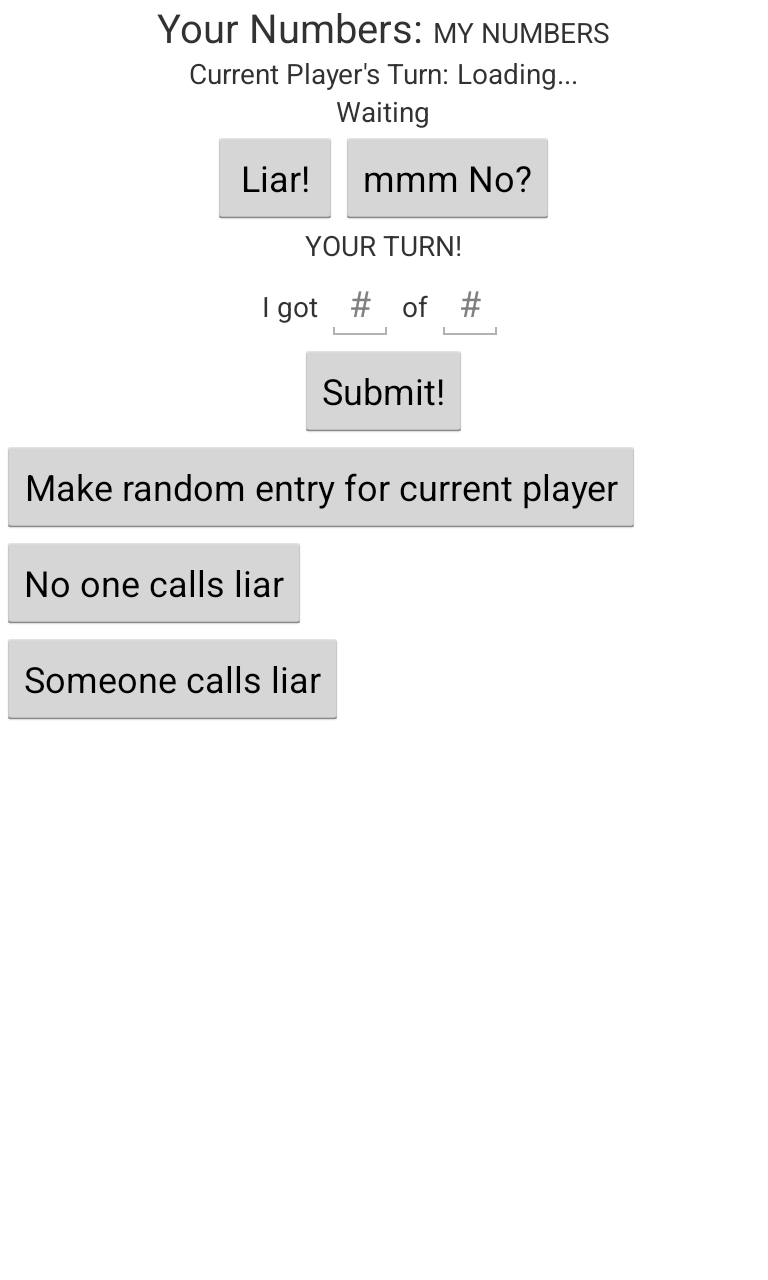
Repository: RayyLim/LiarPoker
Layout: LiarPoker/res/layout/gameroom_main.xml
An editor plug-in stored every save of this project. The layout is shown before and after the next save, followed by the edit.
It is drawn on a 768 x 1280 px phone screen (xhdpi) without system bars, with theme AppTheme; the app's code is not run.

Above is the layout before, as saved 2012-07-22 18:01:25.

### LiarPoker/res/layout/gameroom_main.xml
<?xml version="1.0" encoding="utf-8"?>
<LinearLayout xmlns:android="http://schemas.android.com/apk/res/android"
    android:layout_width="match_parent"
    android:layout_height="match_parent"
    android:orientation="vertical" >

    <LinearLayout
        android:layout_width="wrap_content"
        android:layout_height="wrap_content"
        android:layout_gravity="center_horizontal" >



        <TextView
            android:id="@+id/meLabel"
            android:layout_width="wrap_content"
            android:layout_height="wrap_content"
            android:text="Your Numbers: "
            android:textSize="20dp" />

        <TextView
            android:id="@+id/mynumbersLabel"
            android:layout_width="wrap_content"
            android:layout_height="wrap_content"
            android:text="MY NUMBERS" />
    </LinearLayout>

    <LinearLayout
        android:id="@+id/notMyTurnLayout"
        android:layout_width="wrap_content"
        android:layout_height="wrap_content"
        android:layout_gravity="center_horizontal"
        android:orientation="vertical" >

        <LinearLayout
            android:layout_width="wrap_content"
            android:layout_height="wrap_content"
            android:layout_gravity="center_horizontal" >

            <TextView
                android:layout_width="wrap_content"
                android:layout_height="wrap_content"
                android:text="Current Player&apos;s Turn: " />

            <TextView
                android:id="@+id/currentPlayerLabel"
                android:layout_width="wrap_content"
                android:layout_height="wrap_content"
                android:text="Loading..." />
        </LinearLayout>

        <TextView
            android:id="@+id/currentPlayerHasLabel"
            android:layout_width="wrap_content"
            android:layout_height="wrap_content"
            android:layout_gravity="center_horizontal"
            android:text="Waiting" />

        <LinearLayout
            android:layout_width="wrap_content"
            android:layout_height="wrap_content"
            android:layout_gravity="center_horizontal" >

            <Button
                android:id="@+id/liarButton"
                android:layout_width="wrap_content"
                android:layout_height="wrap_content"
                android:onClick="LiarButtonPressed"
                android:text="Liar!" />

            <Button
                android:id="@+id/notLiarButton"
                android:layout_width="wrap_content"
                android:layout_height="wrap_content"
                android:onClick="NotLiarButtonPressed"
                android:text="mmm No?" />
        </LinearLayout>
    </LinearLayout>

    <LinearLayout
        android:id="@+id/myTurnLayout"
        android:layout_width="wrap_content"
        android:layout_height="wrap_content"
        android:layout_gravity="center_horizontal"
        android:orientation="vertical" >

        <TextView
            android:layout_width="wrap_content"
            android:layout_height="wrap_content"
            android:layout_gravity="center_horizontal"
            android:text="YOUR TURN!" />

        <LinearLayout
            android:layout_width="wrap_content"
            android:layout_height="wrap_content"
            android:layout_gravity="center_horizontal"
            android:orientation="horizontal" >

            <TextView
                android:layout_width="wrap_content"
                android:layout_height="wrap_content"
                android:text="I got " />

            <EditText
                android:id="@+id/igotamount"
                android:layout_width="wrap_content"
                android:layout_height="wrap_content"
                android:layout_weight="1"
                android:hint="#"
                android:inputType="numberDecimal"
                android:maxLength="1" />

            <TextView
                android:layout_width="wrap_content"
                android:layout_height="wrap_content"
                android:text=" of " />

            <EditText
                android:id="@+id/igotnumber"
                android:layout_width="wrap_content"
                android:layout_height="wrap_content"
                android:layout_weight="1"
                android:hint="#"
                android:inputType="numberDecimal"
                android:maxLength="1" />
        </LinearLayout>

        <Button
            android:id="@+id/submitButton"
            android:layout_width="wrap_content"
            android:layout_height="wrap_content"
            android:layout_gravity="center_horizontal"
            android:onClick="submit"
            android:text="Submit!" />
    </LinearLayout>

    <Button
        android:id="@+id/testRandomEntryForPlayer"
        android:layout_width="wrap_content"
        android:layout_height="wrap_content"
        android:onClick="fakeRandomCurrentPlayerHas"
        android:text="Make random entry for current player" />

    <Button
        android:id="@+id/fakeNoOneCallsLiar"
        android:layout_width="wrap_content"
        android:layout_height="wrap_content"
        android:onClick="fakeNoOneCallsLiar"
        android:text="No one calls liar" />

    <Button
        android:id="@+id/fakeSomeoneCallsLiar"
        android:layout_width="wrap_content"
        android:layout_height="wrap_content"
        android:onClick="fakeSomeoneCallsLiar"
        android:text="Someone calls liar" />

</LinearLayout>

Loaded but not shown: LiarPoker/res/values-v11/styles.xml (common file); LiarPoker/res/values-v14/styles.xml (common file); LiarPoker/res/values/styles.xml (common file)

After the next save:
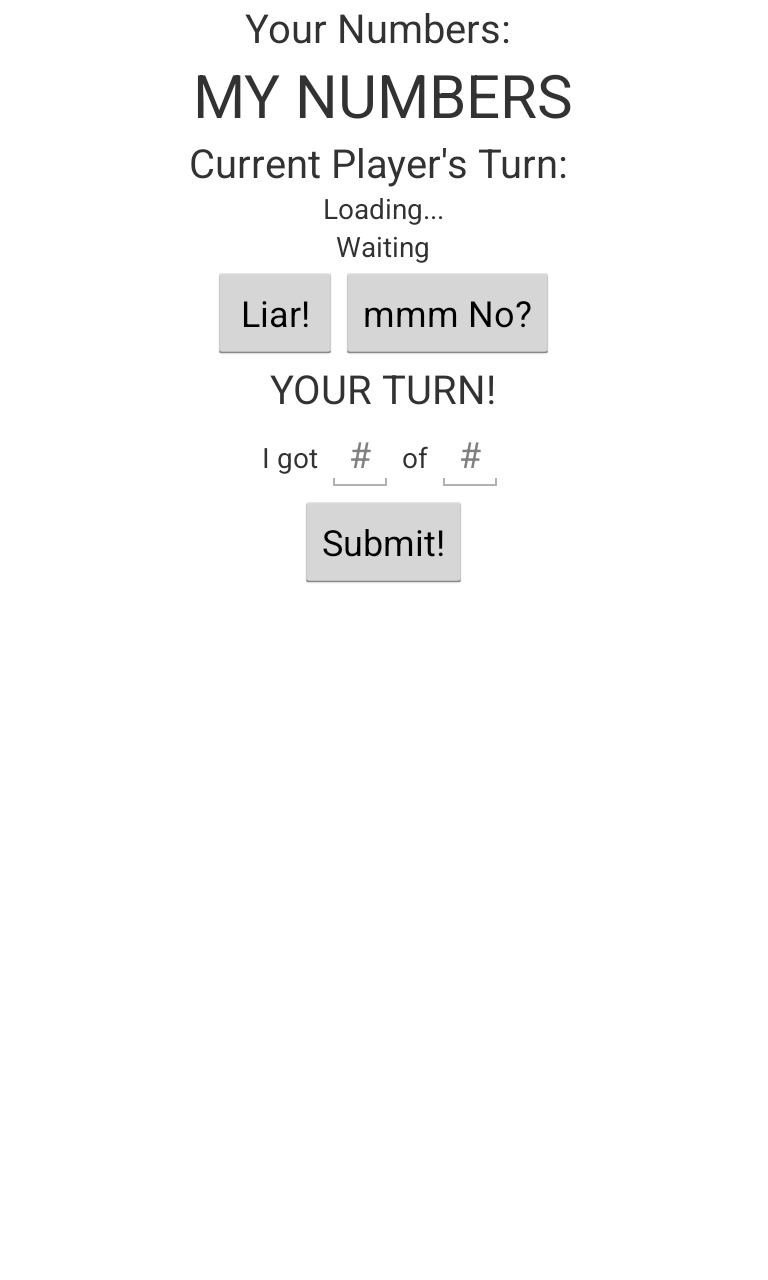
Saved 5 min 36 s later.
--- a/LiarPoker/res/layout/gameroom_main.xml
+++ b/LiarPoker/res/layout/gameroom_main.xml
@@ -4,10 +4,13 @@
     android:layout_height="match_parent"
     android:orientation="vertical" >
 
+
     <LinearLayout
         android:layout_width="wrap_content"
         android:layout_height="wrap_content"
-        android:layout_gravity="center_horizontal" >
+        android:layout_gravity="center_horizontal"
+        android:orientation="vertical" >
+
 
 
 
@@ -15,14 +18,21 @@
             android:id="@+id/meLabel"
             android:layout_width="wrap_content"
             android:layout_height="wrap_content"
+            android:layout_gravity="center_horizontal"
             android:text="Your Numbers: "
             android:textSize="20dp" />
+
+
+
 
         <TextView
             android:id="@+id/mynumbersLabel"
             android:layout_width="wrap_content"
             android:layout_height="wrap_content"
-            android:text="MY NUMBERS" />
+            android:layout_gravity="center_horizontal"
+            android:text="MY NUMBERS"
+            android:textSize="30dp" />
+
     </LinearLayout>
 
     <LinearLayout
@@ -32,21 +42,30 @@
         android:layout_gravity="center_horizontal"
         android:orientation="vertical" >
 
+
         <LinearLayout
             android:layout_width="wrap_content"
             android:layout_height="wrap_content"
-            android:layout_gravity="center_horizontal" >
+            android:layout_gravity="center_horizontal"
+            android:orientation="vertical" >
+
+
 
             <TextView
                 android:layout_width="wrap_content"
                 android:layout_height="wrap_content"
-                android:text="Current Player&apos;s Turn: " />
+                android:layout_gravity="center_horizontal"
+                android:text="Current Player&apos;s Turn: "
+                android:textSize="20dp" />
+
 
             <TextView
                 android:id="@+id/currentPlayerLabel"
                 android:layout_width="wrap_content"
                 android:layout_height="wrap_content"
+                android:layout_gravity="center_horizontal"
                 android:text="Loading..." />
+
         </LinearLayout>
 
         <TextView
@@ -84,11 +103,13 @@
         android:layout_gravity="center_horizontal"
         android:orientation="vertical" >
 
+
         <TextView
             android:layout_width="wrap_content"
             android:layout_height="wrap_content"
             android:layout_gravity="center_horizontal"
-            android:text="YOUR TURN!" />
+            android:text="YOUR TURN!"
+            android:textSize="20dp" />
 
         <LinearLayout
             android:layout_width="wrap_content"
@@ -134,25 +155,31 @@
             android:text="Submit!" />
     </LinearLayout>
 
+
     <Button
         android:id="@+id/testRandomEntryForPlayer"
         android:layout_width="wrap_content"
         android:layout_height="wrap_content"
         android:onClick="fakeRandomCurrentPlayerHas"
-        android:text="Make random entry for current player" />
+        android:text="Make random entry for current player"
+        android:visibility="gone" />
+
 
     <Button
         android:id="@+id/fakeNoOneCallsLiar"
         android:layout_width="wrap_content"
         android:layout_height="wrap_content"
         android:onClick="fakeNoOneCallsLiar"
-        android:text="No one calls liar" />
+        android:text="No one calls liar"
+        android:visibility="gone" />
+
 
     <Button
         android:id="@+id/fakeSomeoneCallsLiar"
         android:layout_width="wrap_content"
         android:layout_height="wrap_content"
         android:onClick="fakeSomeoneCallsLiar"
-        android:text="Someone calls liar" />
+        android:text="Someone calls liar"
+        android:visibility="gone" />
 
 </LinearLayout>
